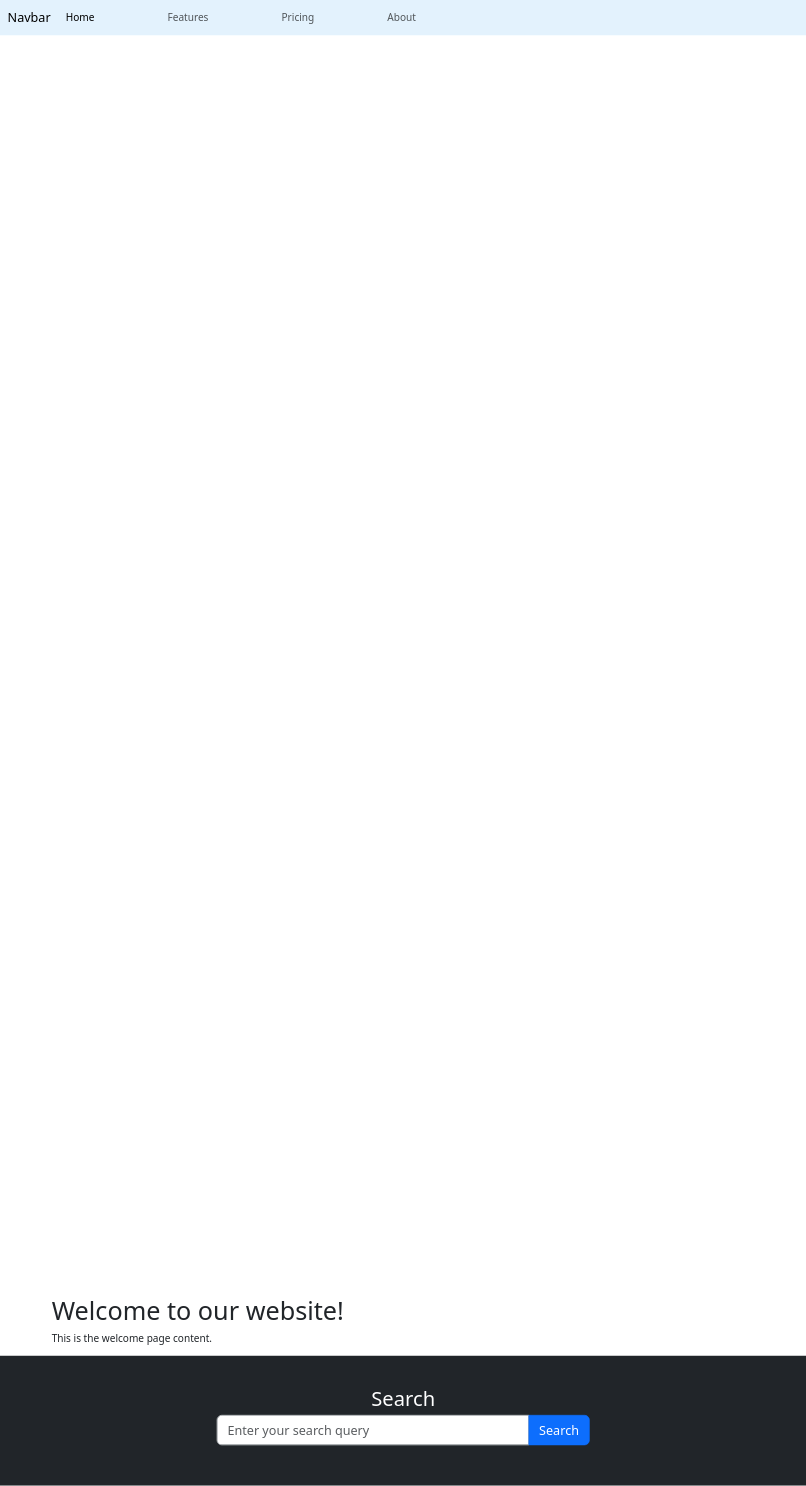
Repository: gyfffffff/meishimeike_test
Page: meishimeike/hello.html
The author's editor kept a copy of each file at every save. The page is drawn from the files as they stood at one save, then again after a run of saves.
The browser window is 1280 px wide. The pictures show the whole page, at 63% of full size.

Above is the page before, as saved 2023-07-13 10:41:56.

### meishimeike/hello.html
<!DOCTYPE html>
<html lang="en">

<head>
    <meta charset="UTF-8">
    <meta name="viewport" content="width=device-width, initial-scale=1.0">
    <link rel="stylesheet" href="https://cdn.jsdelivr.net/npm/bootstrap@5.3.0/dist/css/bootstrap.min.css">
    <style>
        .navbar {
            margin-bottom: 2000px;
            /* 调整导航栏与其他内容的间距 */
        }

        .navbar-nav li {
            margin-right: 100px;
            /* 调整右侧间距 */
        }
    </style>

    <title>美食每刻</title>
</head>

<body>
    <nav class="navbar navbar-expand-lg" style="background-color: #e3f2fd;" data-bs-theme="light">
        <div class="container-fluid">
            <a class="navbar-brand" href="#">Navbar</a>
            <button class="navbar-toggler collapsed" type="button" data-bs-toggle="collapse"
                data-bs-target="#navbarColor03" aria-controls="navbarColor03" aria-expanded="false"
                aria-label="Toggle navigation">
                <span class="navbar-toggler-icon"></span>
            </button>
            <div class="navbar-collapse collapse" id="navbarColor03" style="">
                <ul class="navbar-nav me-auto mb-2 mb-lg-0">
                    <li class="nav-item">
                        <a class="nav-link active" aria-current="page" href="#">Home</a>
                    </li>
                    <li class="nav-item">
                        <a class="nav-link" href="#">Features</a>
                    </li>
                    <li class="nav-item">
                        <a class="nav-link" href="#">Pricing</a>
                    </li>
                    <li class="nav-item">
                        <a class="nav-link" href="#">About</a>
                    </li>
                </ul>
                <!-- <form class="d-flex" role="search">
                    <input class="form-control me-2" type="search" placeholder="Search" aria-label="Search">
                    <button class="btn btn-outline-primary" type="submit">Search</button>
                </form> -->
            </div>
        </div>
    </nav>

    <div class="container mt-5">
        <h1>Welcome to our website!</h1>
        <p>This is the welcome page content.</p>
    </div>

    <div class="container-fluid bg-dark text-center p-5">
        <h2 class="text-white">Search</h2>
        <div class="input-group mb-3 w-50 mx-auto">
            <input type="text" class="form-control form-control-lg" placeholder="Enter your search query">
            <button class="btn btn-primary btn-lg" type="button">Search</button>
        </div>
    </div>

    <script src="https://cdn.jsdelivr.net/npm/bootstrap@5.3.0/dist/js/bootstrap.bundle.min.js"></script>
</body>

</html>

After the next 2 saves:
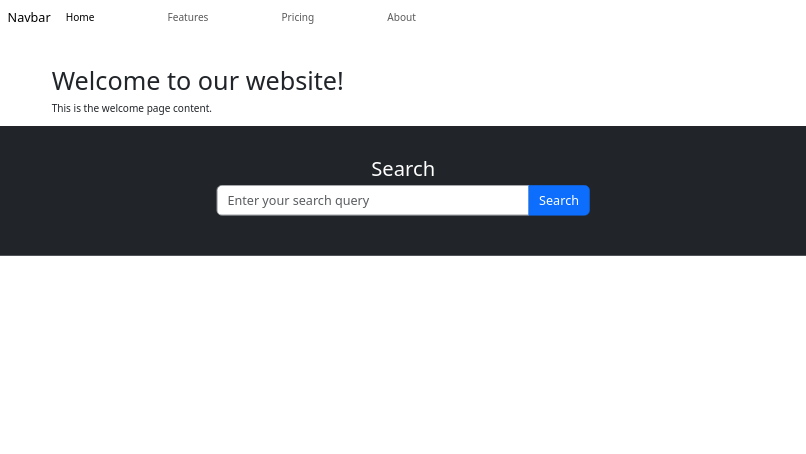
The 2 saves are shown as one change because they came seconds apart.
The last was saved 12 s later.
--- a/meishimeike/hello.html
+++ b/meishimeike/hello.html
@@ -7,7 +7,7 @@
     <link rel="stylesheet" href="https://cdn.jsdelivr.net/npm/bootstrap@5.3.0/dist/css/bootstrap.min.css">
     <style>
         .navbar {
-            margin-bottom: 2000px;
+            margin-right: 2000px;
             /* 调整导航栏与其他内容的间距 */
         }
 
